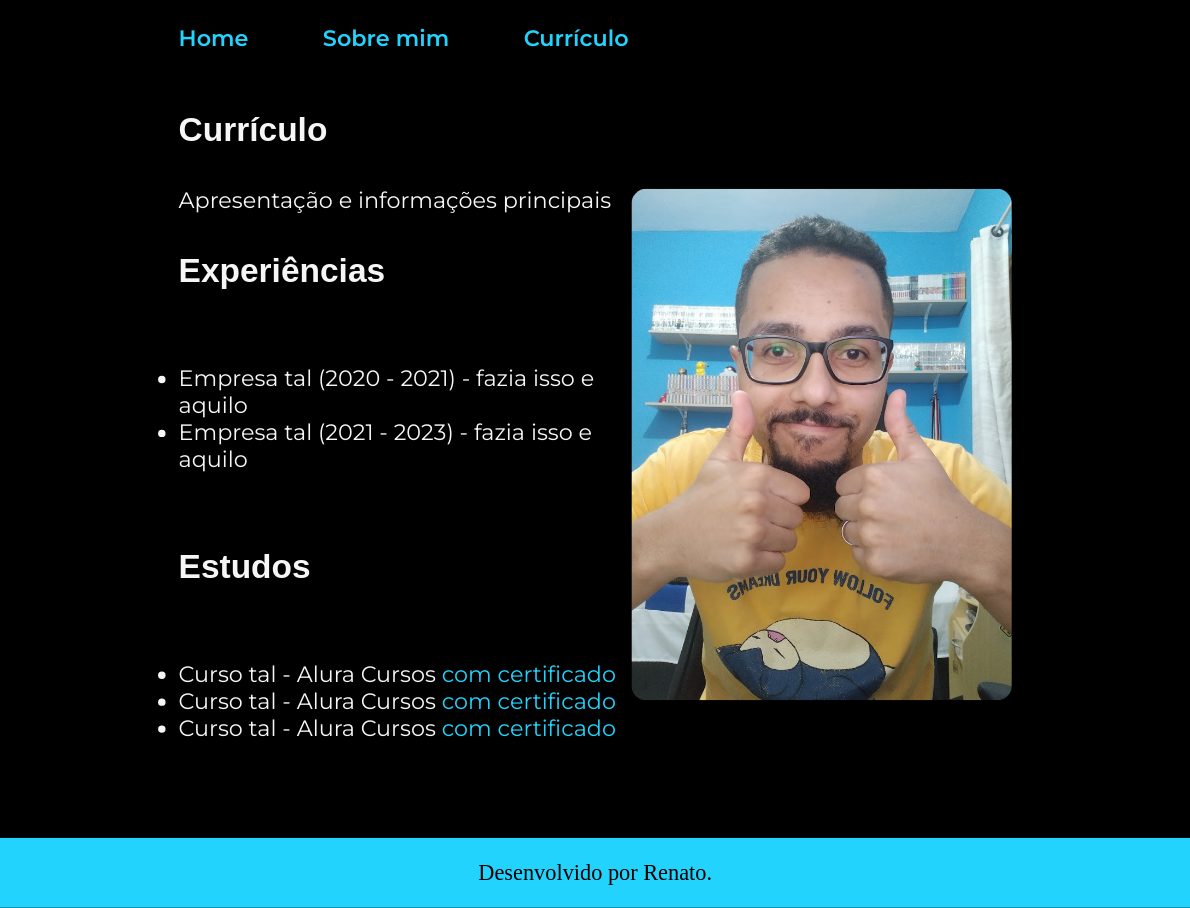
Repository: RenatoCCS/Portfolio_Alura
Page: curriculo.html
An editor plug-in stored every save of this project. The page is shown before and after the next save, followed by the edit.
The browser window is 1280 px wide. The pictures show the whole page, at 93% of full size.
Some web fonts or font styles are not loaded; a fallback is used.

Above is the page before, as saved 2023-03-06 15:35:36.

### curriculo.html
<!DOCTYPE html>
<html lang="pt-br">
  <head>
    <meta charset="UTF-8" />
    <meta http-equiv="X-UA-Compatible" content="IE=edge" />
    <meta name="viewport" content="width=device-width, initial-scale=1.0" />
    <title>Currículo</title>
    <link rel="stylesheet" href="./styles/style.css" />
  </head>

  <body>
    <header class="cabecalho">
      <nav class="cabecalho__menu">
        <a class="cabecalho__menu__link" href="index.html">Home</a>
        <a class="cabecalho__menu__link" href="about.html">Sobre mim</a>
        <a class="cabecalho__menu__link" href="curriculo.html">Currículo</a>
      </nav>
    </header>

    <main class="apresentacao">
      <section class="apresentacao__conteudo">
          <h1 class="apresentacao__conteudo__titulo">Currículo</h1>
          <p class="apresentacao__conteudo__texto">
              Apresentação e informações principais
          </p>
          <h2 class="apresentacao__conteudo__titulo">Experiências</h2>
          <p class="apresentacao__conteudo__texto">
          <ul class="apresentacao__conteudo__texto">
              <li> Empresa tal (2020 - 2021) - fazia isso e aquilo </li>
              <li> Empresa tal (2021 - 2023) - fazia isso e aquilo </li>
          </ul>
          </p>
          <h2 class="apresentacao__conteudo__titulo">Estudos</h2>
          <p class="apresentacao__conteudo__texto">
          <ul class="apresentacao__conteudo__texto">
              <li>Curso tal - Alura Cursos <a href="linkdocertificado">com certificado</a> </li>
              <li>Curso tal - Alura Cursos <a href="linkdocertificado">com certificado</a></li>
              <li>Curso tal - Alura Cursos <a href="linkdocertificado">com certificado</a></li>
          </ul>
          </p>
      </section>
      <img class="apresentacao__foto"
      src="./assets/renato.jpg" alt="Foto da Joana Santos programando">
  </main>

    <footer class="rodape"><p>Desenvolvido por Renato.</p></footer>
  </body>
</html>

### styles/style.css
@import url('https://fonts.googleapis.com/css2?family=Krona+One&family=Montserrat:wght@400;600&display=swap');

* {
  margin: 0;
  padding: 0;
}

body {
  /* height: 100vh; */
  box-sizing: border-box;
  background-color: #000000;
  color: #f6f6f6;
}

.cabecalho {
  padding: 2% 0% 0% 15%;
}

.cabecalho__menu {
  display: flex;
  gap: 80px;
}

.cabecalho__menu__link {
  font-family: 'Montserrat', sans-serif;
  font-size: 24px;
  font-weight: 600;
  color: #22d4fd;
  text-decoration: none;
}

.apresentacao {
  padding: 5% 15%;
  display: flex;
  align-items: center;
  justify-content: space-between;
}

.apresentacao__conteudo {
  width: 615px;
  display: flex;
  flex-direction: column;
  gap: 40px;
}

.apresentacao__conteudo__titulo {
  font-size: 36px;
  font-family: 'Krona One', sans-serif;
}

.titulo-destaque {
  color: #22d4fd;
}

.apresentacao__conteudo__texto {
  font-size: 24px;
  font-family: 'Montserrat', sans-serif;
}

.apresentacao__conteudo__texto a {
  text-decoration: none;
  color: #22d4fd;
}

.apresentacao__links {
  display: flex;
  flex-direction: column;
  justify-content: space-between;
  align-items: center;
  gap: 32px;
}

.apresentacao__links__subtitulo {
  font-family: 'Krona One', sans-serif;
  font-weight: 400;
  font-size: 24px;
}

.apresentacao__links__link {
  /* background-color: #22d4fd; foi trocado o estilo*/
  display: flex;
  justify-content: center;
  gap: 16px;
  border: 2px solid #22d4fd;
  width: 378px;
  text-align: center;
  border-radius: 8px;
  font-size: 24px;
  font-weight: 600;
  padding: 21.5px 0;
  text-decoration: none;
  color: #f6f6f6;
  font-family: 'Montserrat', sans-serif;
}

.apresentacao__links__link:hover {
  background-color: #272727;
}

/*Utilizei minha foto e fui adaptando de acordo com o tamanho da outra foto*/
.apresentacao__foto {
  height: 550px;
  width: 490px;
  left: 1032px;
  top: 253px;
  border-radius: 16px;
}

.rodape {
  padding: 24px;
  color: #000000;
  background-color: #22d4fd;
  text-align: center;
  font-family: 'Montserrat' sans-serif;
  font-size: 24px;
  font-weight: 400;
}

After the next save:
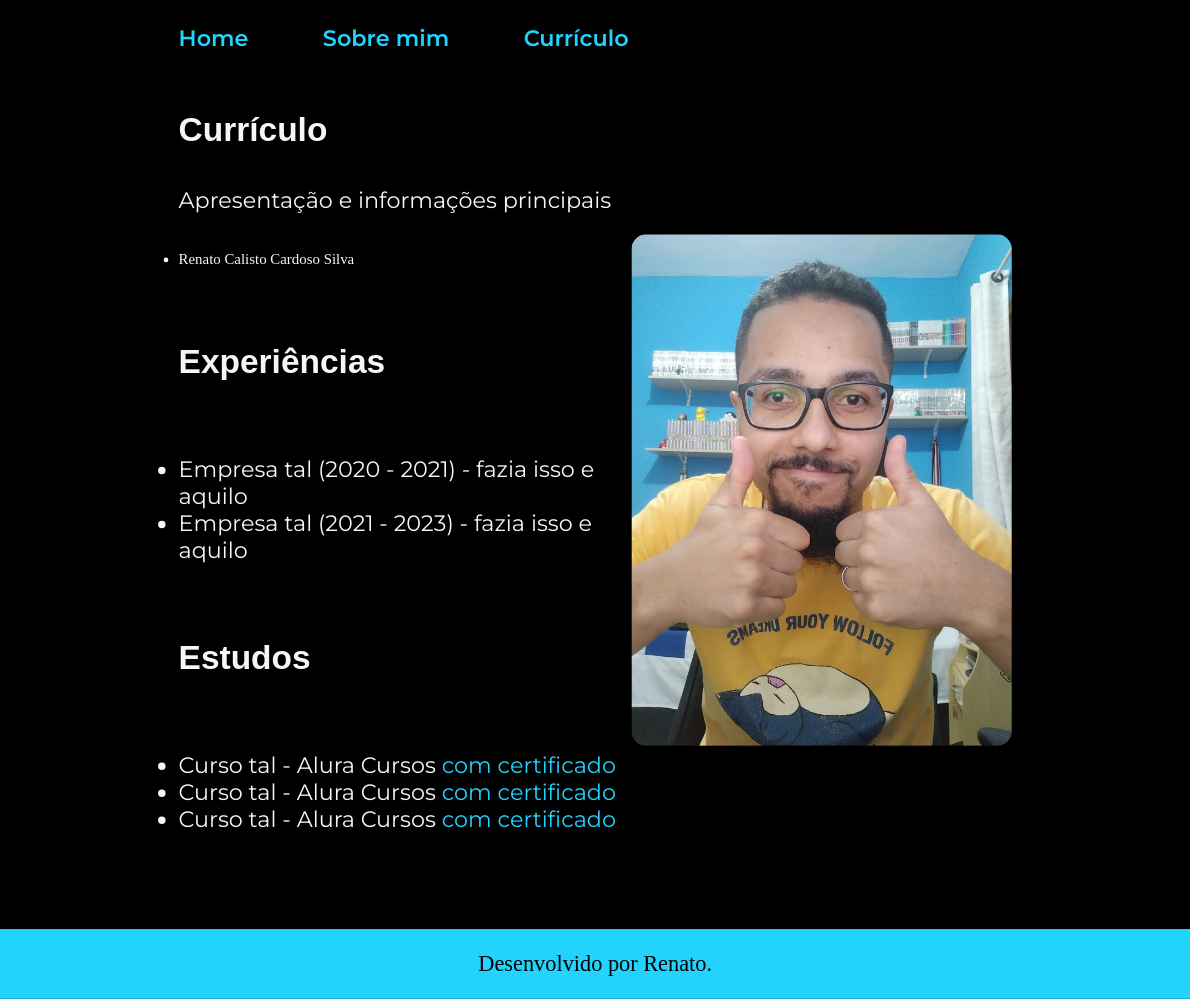
Saved 4 h 37 min later.
--- a/curriculo.html
+++ b/curriculo.html
@@ -22,6 +22,9 @@
           <h1 class="apresentacao__conteudo__titulo">Currículo</h1>
           <p class="apresentacao__conteudo__texto">
               Apresentação e informações principais
+              <ul>
+                <li>Renato Calisto Cardoso Silva</li>
+              </ul>
           </p>
           <h2 class="apresentacao__conteudo__titulo">Experiências</h2>
           <p class="apresentacao__conteudo__texto">
